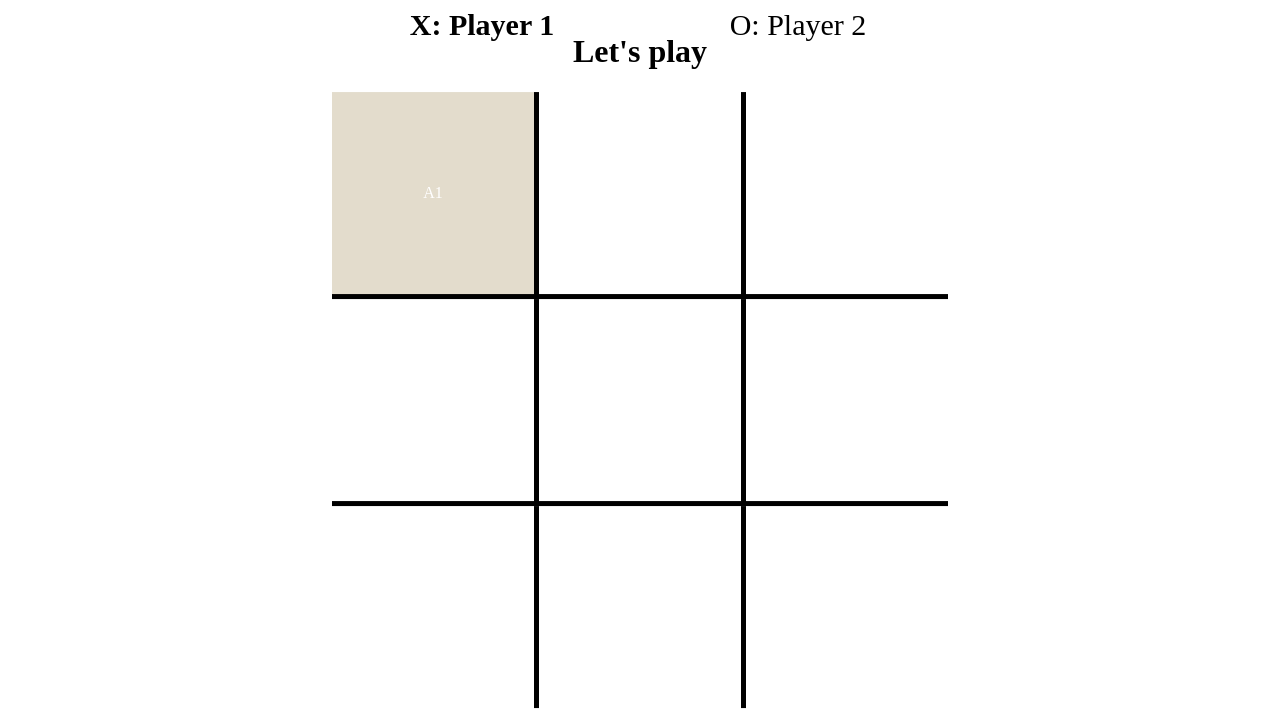
Repository: anas-essaguiar/epita.advancedWeb
Page: tictatoe/index.html
An editor plug-in stored every save of this project. The page is shown before and after the next save, followed by the edit.
The browser window is 1280 px wide. The pictures show the whole page.
The pointer rests on the first visible `.col`.

Above is the page before, as saved 2021-04-14 15:38:18.

After the next save:
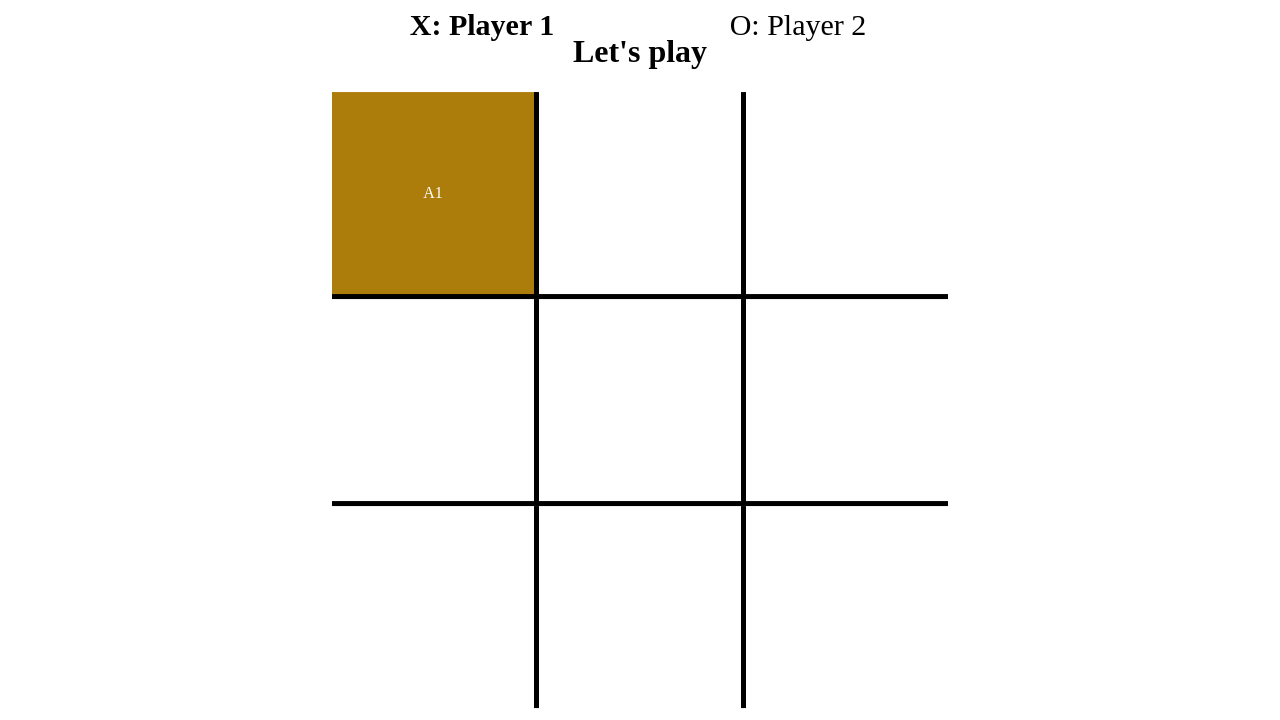
Saved 44 s later.
--- a/tictatoe/style.css
+++ b/tictatoe/style.css
@@ -38,5 +38,5 @@
   }
 
   .col:hover {
-	background: #E3DCCC;
+	background: #ad7d0b;
 }
